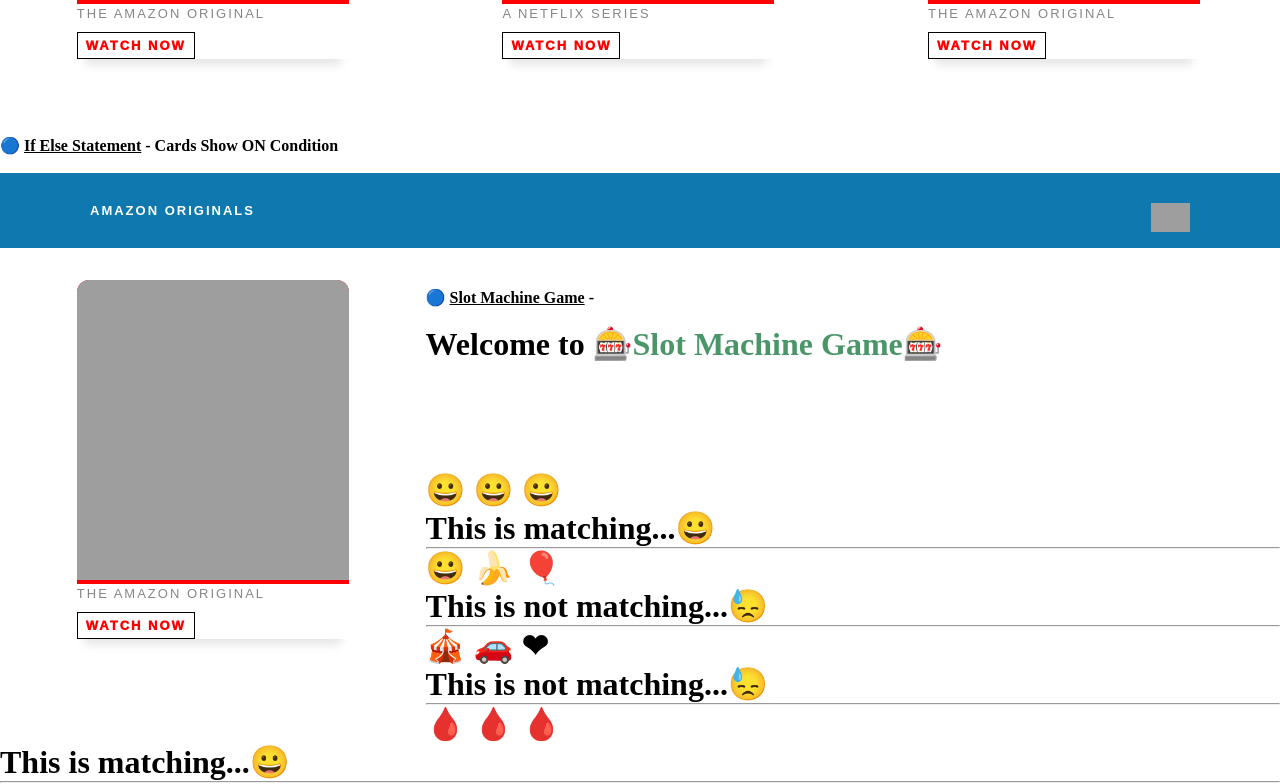
Repository: AalokJadhav/Being_ReactJS
Page: /
An editor plug-in stored every save of this project. The page is shown before and after the next save, followed by the edit.
The browser window is 1280 px wide. The pictures show the part of the page from y = 2507 to 3291 px (the page is 3291 px tall before and 3237 px after).
Pictures or frames that could not be fetched are drawn as grey boxes. Some web fonts or font styles are not loaded; a fallback is used. The project was rebuilt for these pictures with package versions that can differ from the ones it lists, and the page was loaded fresh each time.

Above is the page before, as saved 2021-10-19 21:12:58.

### public/index.html
<!DOCTYPE html>
<html lang="en">

<head>
  <meta charset="utf-8" />
  <link rel="icon" href="%PUBLIC_URL%/favicon.ico" />
  <meta name="viewport" content="width=device-width, initial-scale=1" />
  <meta name="theme-color" content="#000000" />
  <meta name="description" content="Web site created using create-react-app" />
  <link rel="apple-touch-icon" href="%PUBLIC_URL%/logo192.png" />
  <!--
      manifest.json provides metadata used when your web app is installed on a
      user's mobile device or desktop. See https://developers.google.com/web/fundamentals/web-app-manifest/
    -->
  <link rel="manifest" href="%PUBLIC_URL%/manifest.json" />
  <link rel="preconnect" href="https://fonts.googleapis.com">
  <link rel="preconnect" href="https://fonts.gstatic.com" crossorigin>
  <link rel="preconnect" href="https://fonts.googleapis.com">
  <link rel="preconnect" href="https://fonts.gstatic.com" crossorigin>
  <link href="https://fonts.googleapis.com/css2?family=Festive&display=swap" rel="stylesheet">
    <!--
      Notice the use of %PUBLIC_URL% in the tags above.
      It will be replaced with the URL of the `public` folder during the build.
      Only files inside the `public` folder can be referenced from the HTML.

      Unlike "/favicon.ico" or "favicon.ico", "%PUBLIC_URL%/favicon.ico" will
      work correctly both with client-side routing and a non-root public URL.
      Learn how to configure a non-root public URL by running `npm run build`.
    -->
  <title>Being React</title>
</head>

<body>
  <noscript>You need to enable JavaScript to run this app.</noscript>
  <div id="root"></div>
  <!--
      This HTML file is a template.
      If you open it directly in the browser, you will see an empty page.

      You can add webfonts, meta tags, or analytics to this file.
      The build step will place the bundled scripts into the <body> tag.

      To begin the development, run `npm start` or `yarn start`.
      To create a production bundle, use `npm run build` or `yarn build`.
    -->
</body>

</html>

### src/index.js
// var React = require ('react');
// var ReactDom = require ('react-dom');

import React from 'react';
import ReactDom from 'react-dom';
import './index.css';
import App from './App';


ReactDom.render(<App />, document.getElementById('root'));

### src/index.css

*{margin: 0; padding: 0; box-sizing: border-box;};


.h3 {
  padding-left: 0%;
}
/* Style the header with a grey background and some padding */
.header {
  overflow: hidden;
  background-color: black;
  padding: 20px 10px;
}

/* Style the header links */
.header a {
  float: left;
  color: #fff;
  text-align: center;
  padding: 12px;
  text-decoration: none;
  font-size: 18px;
  line-height: 25px;
  border-radius: 4px;
}

/* Style the logo link (notice that we set the same value of line-height and font-size to prevent the header to increase when the font gets bigger */
.header a.logo {
  font-size: 25px;
  font-weight: bold;
  font-family: cursive;
  color: #61dafb;
}

/* Style the active/current link*/
.active {
  line-height: 50px;
}

/* Float the link section to the right */
.header-right {
  float: right;
}

.heart {
	font-size: 25px;
	color: #e00;
	animation: beat .25s infinite alternate;
	transform-origin: center;
}

/* Heart beat animation */
@keyframes beat{
	to { transform: scale(1.4); }
}

.googlefont {
  font-family: 'Festive', cursive;
}
/* Add media queries for responsiveness - when the screen is 500px wide or less, stack the links on top of each other */
@media screen and (max-width: 500px) {
  .header a {
    float: none;
    display: block;
    text-align: left;
  }
  .header-right {
    float: none;
  }
}

.img_div img{
  width: 33%;
  height: 5%;
  margin: auto;
  padding-left: 2%;
}

.content {
  padding-left: 2%;
}
.sHeading1 {
  text-align: center;
}

.challenge1 {
  background-color: rgb(137, 191, 212);
  width: 40%;
  height: 20vh;
  display: flex;
  justify-content: center;
  align-items: center;
  margin-top: -0px;
  margin-left: 25px;
  border-radius: 20px;
}

.heading_styleN  {
  padding: 30px 0;
  padding-left: 90px;
  text-align: left;
  font-family: "Raleway", sans-serif;
  text-transform: uppercase;
  font-size: 13px;
  letter-spacing: 2px;
  font-weight: 5000;
  color: red;
  background-color: black;
  font-size: 1.rem;
  margin-bottom: -50px;
}

.netflixlogo {
  height: 29px;
  float: right;
  padding-right: 90px;

}
.heading_styleA  {
  padding: 30px 0;
  padding-left: 90px;
  text-align: left;
  font-family: "Raleway", sans-serif;
  text-transform: uppercase;
  font-size: 13px;
  letter-spacing: 2px;
  font-weight: 5000;
  color: white;
  background-color: #0f79af;
  font-size: 1.rem;
  margin-bottom: -50px;
}

.primelogo {
  height: 29px;
  float: right;
  padding-right: 90px;
}

.cards {
  width: 100%;
  height: auto;
}

.card {
  margin: 6%;
  transition: all 0.4s cubic-bezier(0.175, 0.885, 0, 1);
  width: 21.25%;
  border-radius: 12px;
  background-color: red;
  box-shadow: 0px 13px 10px -7px rgb(0, 0, 0, 0.1);
  float: left;
}

.card:hover {
  box-shadow: 0px 30px 18px  -8px  rgb(0, 0, 0, 0.1);
  transform: scale(1.05, 1.05);
  background-color: green;

}
.card__img {
  width: 100%;
  height: 300px;
  border-top-left-radius: 12px;
  border-top-right-radius: 12px;

}

.card__info {
  background-color: #fff;
  border-bottom-left-radius: 12px;
  border-bottom-left-radius: 12px;
  background-color: #fff;
}

.card__category {
  font-family: "Raleway", sans-serif;
  text-transform: uppercase;
  font-size: 13px;
  letter-spacing: 2px;
  font-weight: 500;
  color: #868686;
  background-color: #fff;


}

.card__title {
  margin-top: 5px;
  margin-bottom: 10px;
  text-transform: capitalize;
  font-family: "Raleway", sans-serif;
  background-color: #fff;

}

button {
  padding: 5px 8px;
  font-family: "Raleway", sans-serif;
  text-transform: uppercase;
  font-size: 13px;
  letter-spacing: 2px;
  font-weight: 1000;
  color: red;
  background-color: #fff;
  outline: none;
  border: 1px solid black;
  cursor: pointer;
}

.flash{
  animation:blinkingText 1.2s infinite;
}
@keyframes blinkingText{
  0%{     color: blue;    }
  49%{    color: chartreuse; }
  60%{    color: red; }
  99%{    color:turquoise;  }
  100%{   color: #000;    }
}

### src/App.js
import React from "react";
import './index.css';

import Navbar from './Header'
import List from "./List";
import CurrentDate from "./CurrentDate";
import RandomImages from "./RandomImages";
import InlineCss from "./InlineCss";
import SimpleGreeting from './SimpleGreeting';
import GoogleFont from "./GoogleFont";
import RComponents from "./RComponents";
import NetflixCard from "./NetflixCard";
import IfElse from "./IfElse";
import SlotMachine from "./SlotMechine";


function App() {

  return (
    <>
      <Navbar /><br /><br /><br /><br />
      <h4>Hello  World From ReactJS...✋</h4><br />
      <CurrentDate />
      <RandomImages />
      <InlineCss /> <br />
      <GoogleFont />
      <SimpleGreeting />
      <List />
      <RComponents />
      <NetflixCard />
      <IfElse /><br /><br /><br /><br /><br />
      <SlotMachine />
    </>
  );
}



export default App;


//In Pure JavaScript
var h3 = document.createElement('h3');
h3.innerHTML = 'Hello  World From Pure JavaScript...❤❤❤';
document.getElementById('root').appendChild(h3);

### src/Header.jsx
import React from "react";




function Navbar() {

  return (
    <>
    <div className="header">
        <a href="#default" className="logo"><span style={{ color: 'white'}}>Being</span> &nbsp;
        <img src="data:[embedded picture, 514 characters]" alt="" height="20"  />
           &nbsp; React</a>
      <div className="header-right">
        <h5 className="active" style={{ color: 'white'}}>Made with <span className="heart">&#x2665;</span> by Alok Jadhav</h5>
        </div>
      </div>
    </>
  );
}
export default Navbar;

### src/List.jsx
import React from "react";
import './index.css';

function List() {
  return (
    <>

      <div className="content">
      <h3>Netflix Top Series</h3>
        <ol>
          <li>Stranger Things</li>
          <li>Dark</li>
          <li>Money Heiest</li>
          <li>Elite</li>
          <li>Ozark</li>
        </ol>
      </div>
      <br />
    </>
  );
}

export default List;

### src/CurrentDate.jsx
import React from "react";


const fullDate = new Date();
const date = fullDate.toLocaleDateString();
const time = fullDate.toLocaleTimeString();


function CurrentDate() {
    return (
        <>
        <h4>🔵 <u>Display Current date and time in JSX</u> -</h4><br />
        <div className="content">
          <p>Current Date is {`${date}`} </p>
          <p>Current Time is {`${time} `} </p>
        </div>
        <br />
        </>
    );
  }

export default CurrentDate;

### src/RandomImages.jsx
import React from "react";
import './index.css';

const RandomImgUrl = 'https://picsum.photos/2000';
const RandomImgUrl1 = 'https://picsum.photos/900';
const RandomImgUrl2 = 'https://picsum.photos/800';

function RandomImages() {
  return (
    <>
    <h4>🔵 <u>JSX Attributes for random image</u> -</h4><br />
  <div className="img_div">
    <img src={RandomImgUrl} alt='random image1' />
    <img src={RandomImgUrl1} alt='random image2' />
    <img src={RandomImgUrl2} alt='random image3' />
  </div>
  <br />
  </>
  );
}

export default RandomImages;

### src/InlineCss.jsx
function InlineCss() {
    return (
        <>
            <h4 >🔵 <u>Inline or Internal CSS Styling</u> -</h4><br/>
            <div className="content">
            <h3>Being <span style={{ color: '#61dafb', fontFamily: 'serif' }}>ReactJs</span> </h3>
            </div>
        </>
    )
}

export default InlineCss;

### src/SimpleGreeting.jsx
const CurrDate = new Date(2021, 14, 10, 9);
const hour = CurrDate.getHours();
let greeting = '';

const cssStyle = {}

if (hour >= 1 && hour < 12) {
    greeting = 'Good Mooring..🙂';
    cssStyle.color = 'green';
} else if (hour >= 12 && hour < 19) {
    greeting = 'Good Afternoon..🙄';
    cssStyle.color = 'orange';
} else {
    greeting = 'Good Night..😴';
}

function SimpleGreeting() {
    return (
        <>
            <h4>🔵 <u>Challenge</u> - As Timeline change the expression of farewell (ie.Good Morning/Afternoon/Night)</h4><br />
            <div className="challenge1">
                <h1>Hello World...<span style={cssStyle}> {greeting}</span></h1>
            </div>
            <br />
        </>
    )
}

export default SimpleGreeting;

### src/GoogleFont.jsx
import React from "react";
import './index.css';


function GoogleFont() {
  return (
    <>
    <h4>🔵 <u>How to use Google Font</u> -  see font link in index.html </h4><br/>
  <div className="content">
    <h4 className="googlefont">Use Google font in React </h4>
  </div>
  <br />
  </>
  );
}

export default GoogleFont;

### src/RComponents.jsx
import React from 'react';
import Title from './Title';
import AllCharacter from './AllCharacter';

function RComponents() {
    return (
        <>
            <h4>🔵 <u>React Components</u> - Seprate Piece of code into Components</h4><br />
            <Title />
            <br />
            <AllCharacter />
            <br />
        </>
    )
}

export default RComponents;

### src/NetflixCard.jsx
import React from "react";
import Card from "./Card";
import Sdata from "./Sdata";
import Title from "./Title";

function NetflixCard() {

    return (
        <>
            <h4>🔵 <u>Props & Array with Map Arrow Function</u> - Netflix Card</h4><br />
            <Title /><br />
            {/* <h1 className="heading_styleN" >Netflix Favorite  Series</h1> */}
            {Sdata.map((val, index) => {
                console.log(index);
                return (
                    <Card
                        key={val.id}
                        imgsrc={val.imgsrc}
                        title={val.title}
                        sname={val.sname}
                        link={val.link} />
                )
            })
            }
        </>
    )
}

export default NetflixCard;

### src/IfElse.jsx
import React from "react";
import Card from "./Card";
import Sdata from "./Sdata";

const FavSeries = 'netflix';

function IfElse() {
    if (FavSeries === 'netflix') {
        return (
            <>
                <h4>🔵 <u>If Else Statement</u> - Cards Show ON Condition</h4><br />
                <h1 className="heading_styleA" >Amazon Originals <img className="primelogo" src='https://upload.wikimedia.org/wikipedia/commons/thumb/1/11/Amazon_Prime_Video_logo.svg/800px-Amazon_Prime_Video_logo.svg.png'></img> </h1>
                <Card
                    key={Sdata[1].id}
                    imgsrc={Sdata[1].imgsrc}
                    title={Sdata[1].title}
                    sname={Sdata[1].sname}
                    link={Sdata[1].link} />

            </>
        )
    } else {
        return (
            <>
                <br />
                <h4>🔵 <u>If Else Statement</u> - Cards Show with Condition</h4><br />
                <h1 className="heading_styleN" >A Netflix Originals <img className="netflixlogo" src='https://upload.wikimedia.org/wikipedia/commons/thumb/0/08/Netflix_2015_logo.svg/799px-Netflix_2015_logo.svg.png'></img> </h1>
                <Card
                    key={Sdata[2].id}
                    imgsrc={Sdata[2].imgsrc}
                    title={Sdata[2].title}
                    sname={Sdata[2].sname}
                    link={Sdata[2].link} />

            </>
        )



    }

}

export default IfElse;

### src/SlotMechine.jsx
import React from "react";

const SlotM = (props) => {

    let x = props.x;
    let y = props.y;
    let z = props.z;

    if ((x === y) && (y === z)) {
        return (
            <>
                <div className="slot_inner">
                    <h1>
                        {x} {y} {z}
                    </h1>
                    <h1> This is matching...😀</h1>
                </div>
            </>
        )
    } else {
        return (
            <>
                <div className="slot_inner">
                    <h1>
                        {x} {y} {z}
                    </h1>
                    <h1> This is not matching...😓</h1>
                </div>
            </>
        )
    }
}

const SlotMachine = () => {
    return (
        <>
            <h4>🔵 <u>Slot Machine Game</u> - </h4><br />
            <h1 className="heading_style">Welcome to {""} 🎰<span className="flash">Slot Machine Game</span>🎰</h1>
            <br /><br /><br /><br /><br /><br />
            <div className="slotmachine">
                <SlotM x="😀" y="😀" z="😀" />
                <hr />
                <SlotM x="😀" y="🍌" z="🎈" />
                <hr />
                <SlotM x="🎪" y="🚗" z="❤" />
                <hr />
                <SlotM x="🩸" y="🩸" z="🩸" />
                <hr />
            </div>
        </>
    )
}

export default SlotMachine;

### src/Title.jsx
import React from "react";


function Title() {
    return (
        <div className="sHeading1">
            <h2><span style={{color: 'red'}}>Netflix</span> & <span style={{color: '#0f79af'}}>Amazon</span> Top Series</h2>
        </div>

    )
}



export default Title;

### src/AllCharacter.jsx
// import { FullName } from './FullName';



const Characters = ['Ross', 'Rachel', 'Monica', 'Joey', 'Chandler', 'Phoebe'];
const AllCharacters = [];

let name = 'Alok Jadhav';
const Myname = name

Characters.forEach(function (data) {
  AllCharacters.push(<li>{data}</li>);
});

function AllCharacter() {
  return (
    <>
      <h4>🔵 <u>ES6 Modules, function Import Export</u> - </h4><br />
      <div className="content">
        <h3>F.R.I.E.N.D.S Characters</h3>
        <ol className="content">
          <li>{AllCharacters}</li>
        </ol>
        <br />
        <h3>{Myname}</h3>
      </div>
    </>
  )
}

export default AllCharacter;

### src/Card.jsx
import React from "react";
import Images from "./CardImages";
import NcardHeading from "./NcardHeading";

function Card(props) {
    return (
      <>
        <div className="cards">
          <div className="card">
            <Images  imgsrc={props.imgsrc}/>
            <div className="card__info">
              <span className="card__category">{props.title}</span>
              <NcardHeading sname={props.Sname} />
              <a href={props.link} target="_blank" rel="noreferrer">
                <button>Watch Now</button>
              </a>
            </div>
          </div>
        </div>
      </>
    )
  }

  export default Card;

### src/Sdata.jsx
const Sdata = [
  {
    id: 1,
    imgsrc:
      "http://cdn.shopify.com/s/files/1/0151/0741/products/pg1004_1024x1024.jpg?v :1578633269",
    title: "A Netflix Series",
    sname: "F.R.I.E.N.D.S",
    link: "https://www.netflix.com/in/title/70153404",
  },
  {
    id: 2,
    imgsrc: "https://talenthouse-res.cloudinary.com/image/upload/c_limit,fl_progressive,h_1280,w_1280/v1542188034/user-849291/submissions/mfa0no5fxv0d2t40jgpt.jpg",
    title: "The Amazon Original",
    sname: "Mirzapur",
    link: "https://www.primevideo.com/detail/Mirzapur/0PDOKMV9CRLOMO5EUKNCUJLG4Q",
  },
  {
    id: 3,
    imgsrc: "https://wallpapercave.com/wp/wp4056407.jpg",
    title: "A Netflix Series",
    sname: "Dark",
    link: "https://www.netflix.com/in/title/80100172",
  },
  {
    id: 4,
    imgsrc: "https://i1.wp.com/urbanasian.com/wp-content/uploads/2021/01/C5171E29-D5A4-4E14-99B2-CA462FC48FA2.png?fit=525%2C453&ssl=1",
    title: "The Amazon Original",
    sname: "The Family Man",
    link: "https://www.primevideo.com/detail/The-Family-Man/0H3DDB4KBJFNDCKKLHNRLRLVKQ",
  },
  {
    id: 5,
    imgsrc: "https://wallpapercave.com/wp/wp1839578.jpg",
    title: "A Netflix Series",
    sname: "Stranger Things",
    link: "https://www.netflix.com/in/title/80057281",
  },
  {
    id: 6,
    imgsrc: "https://www.91-cdn.com/hub/wp-content/uploads/2021/07/Paatal-Lok-highest-rated-Hindi-web-series-to-watch-on-Amazon-Prime-Video.jpg?tr=q-100",
    title: "The Amazon Original",
    sname: "Paatal Lok",
    link: "https://www.primevideo.com/detail/Paatal-Lok/0G9IEOHCN8KMY6COD9ILGH7IY5",
  },
];

export default Sdata;

### src/CardImages.jsx
import React from "react";

const Images = (props) => {
    return <img src={props.imgsrc} alt="friends" className="card__img"  />

};

export default Images;

### src/NcardHeading.jsx
import React from "react";

const NcardHeading = (props) => {
  return  <h3 className="card__title">{props.Sname}</h3>
}

export default NcardHeading;

After the next save:
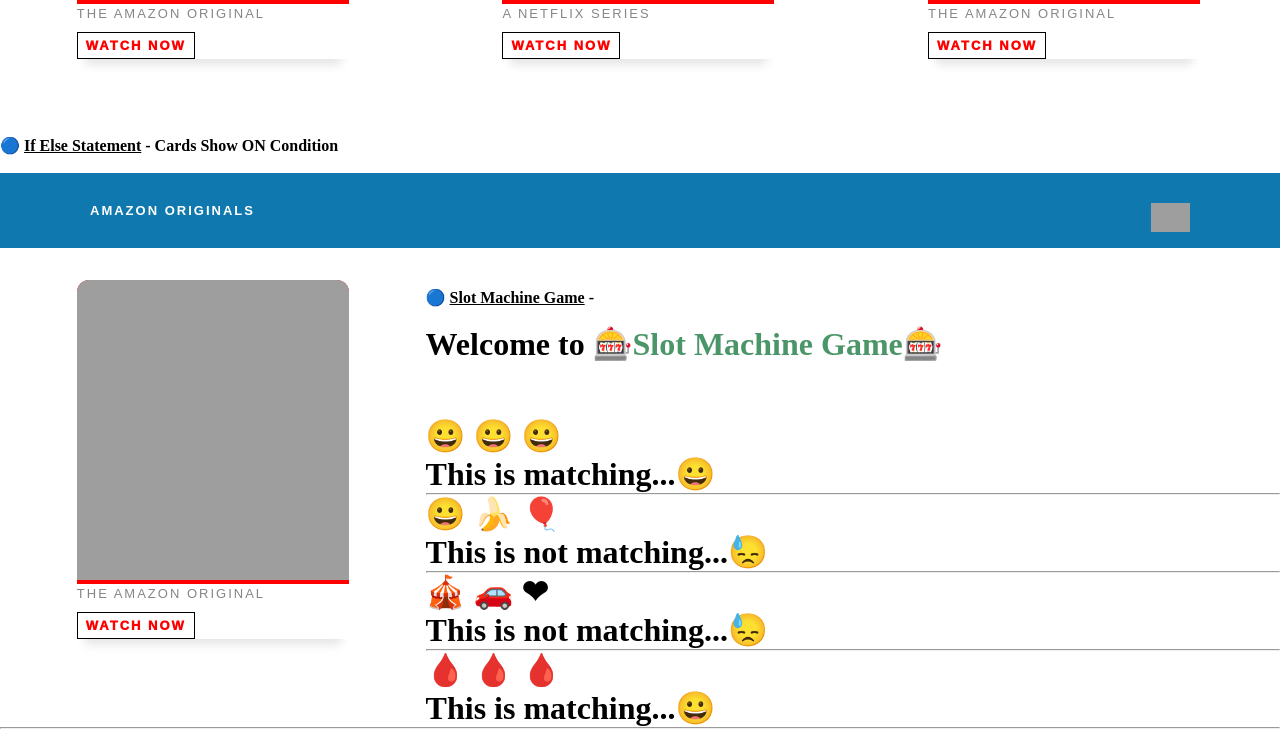
Saved 4 s later.
--- a/src/SlotMechine.jsx
+++ b/src/SlotMechine.jsx
@@ -36,7 +36,7 @@
         <>
             <h4>🔵 <u>Slot Machine Game</u> - </h4><br />
             <h1 className="heading_style">Welcome to {""} 🎰<span className="flash">Slot Machine Game</span>🎰</h1>
-            <br /><br /><br /><br /><br /><br />
+            <br /><br /><br />
             <div className="slotmachine">
                 <SlotM x="😀" y="😀" z="😀" />
                 <hr />
